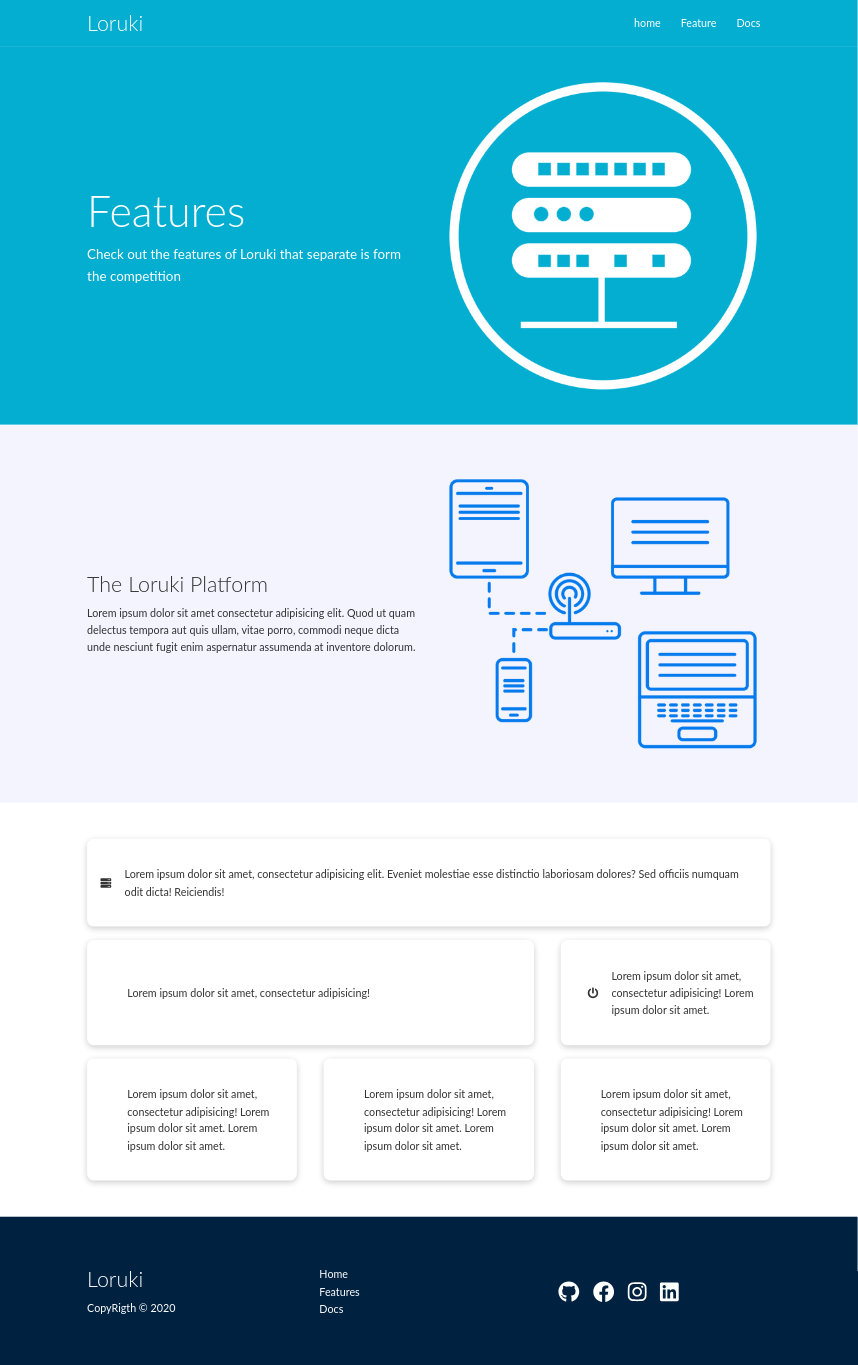
Repository: MosiurRrahman/loruki-app-reactjs
Page: /feature
An editor plug-in stored every save of this project. The page is shown before and after the next save, followed by the edit.
The browser window is 1280 px wide. The pictures show the whole page, at 67% of full size.
The project was rebuilt for these pictures with package versions that can differ from the ones it lists, and the page was loaded fresh each time. Also part of the build but not shown: src/components/pages/home/Cli.js, src/components/pages/home/Cloud.js, src/components/pages/home/Languages.js, src/components/pages/home/ShowcaseForm.js, src/components/pages/home/ShowCase.js, src/components/pages/home/Status.js, src/components/pages/home/HomePage.js, src/components/layouts/Main.jsx.

Above is the page before, as saved 2021-10-06 12:39:17.

### src/index.js
import React from 'react';
import ReactDOM from 'react-dom';
import { BrowserRouter, Route, Switch } from 'react-router-dom';
import Layout from './components/app';
import defaultLayout from './components/layouts/Main';
import feature from './components/pages/feature/Feature';
import './index.css';
// import './utilities';






class Root extends React.Component{
  render(){
    return(
      <BrowserRouter basename = {"/"} >
      <Switch>
        <Route exact path = "/home" component={defaultLayout} />
      <Layout>
          <Route path='/feature' component={feature}></Route>
      </Layout>
      </Switch>
      </BrowserRouter>
    );
  }
}




ReactDOM.render(
  <React.StrictMode>
    <Root />
  </React.StrictMode>,
  document.getElementById('root')
);

### src/components/app.jsx
import { Component } from "react";
import Footer from "./common/Footer";
import Header from "./common/Header";

class Layout extends Component {
  render() {
    return (
      <>
        <Header />
        {this.props.children}
        <Footer />
      </>
    );
  }
}
export default Layout;

### src/components/pages/feature/Feature.js
import React, { Component } from 'react';
import FeatureMain from './FeatureMain';
import Head from './Head';
import SubHead from './SubHead';

class Feature extends Component {
    render() {
        return (
            <>
             <Head/>
             <SubHead/>
             <FeatureMain/>
            </>
        );
    }
}

export default Feature;

### src/index.css
/* all css imported */

@import url("./assets/css/main");
@import url("./assets/css/utilities");

### src/components/common/Footer.jsx
import {
  faFacebook,
  faGithub,
  faInstagram,
  faLinkedin,
} from "@fortawesome/free-brands-svg-icons";
import { FontAwesomeIcon } from "@fortawesome/react-fontawesome";
import { Component } from "react";

class Footer extends Component {
  render() {
    return (
      <>
        <footer className="footer bg-dark py-5">
          <div className="container grid grid-3">
            <div>
              <h1>Loruki</h1>
              <p>CopyRigth &copy; 2020</p>
            </div>
            <nav>
              <ul>
                <li>
                  <a href="index.html">Home</a>
                </li>
                <li>
                  <a href="feature.html">Features</a>
                </li>
                <li>
                  <a href="docs.html">Docs</a>
                </li>
              </ul>
            </nav>
            <div className="social">
              <a href="/home">
                <li className="fa-2x">
                  <FontAwesomeIcon icon={faGithub} />
                </li>
              </a>
              <a href="/home">
                <li className="fa-2x">
                  <FontAwesomeIcon icon={faFacebook} />
                </li>
              </a>
              <a href="/home">
                <li className="fa-2x">
                  <FontAwesomeIcon icon={faInstagram} />
                </li>
              </a>
              <a href="/home">
                <li className=" fa-2x">
                  <FontAwesomeIcon icon={faLinkedin} />
                </li>
              </a>
            </div>
          </div>
        </footer>
      </>
    );
  }
}
export default Footer;

### src/components/common/Header.jsx
import { Component } from "react";
import { Link } from "react-router-dom";

class Header extends Component {
  render() {
    return (
      <>
        <div className="navbar">
          <div className="container flex">
            <h1 className="logo">Loruki</h1>
            <nav>
              <ul>
                <li>
                  {/* <a href="index.html">Home</a> */}
                  <Link to="/home">home</Link>
                </li>
                <li>
                  <Link to="/feature">Feature</Link>
                </li>
                <li>
                  <a href="docs.html">Docs</a>
                </li>
              </ul>
            </nav>
          </div>
        </div>
      </>
    );
  }
}
export default Header;

### src/components/pages/feature/FeatureMain.js
import { faPowerOff, faServer } from "@fortawesome/free-solid-svg-icons";
import { FontAwesomeIcon } from "@fortawesome/react-fontawesome";
import React, { Component } from "react";

class FeatureMain extends Component {
  render() {
    return (
      <>
        <section className="freatures-main my-2">
          <div className="container grid grid-3">
            <div className="card flex">
              {/* <i class="fas fa-server fa-3x"></i> */}
              <FontAwesomeIcon icon={faServer}/>
              <p>
                Lorem ipsum dolor sit amet, consectetur adipisicing elit.
                Eveniet molestiae esse distinctio laboriosam dolores? Sed
                officiis numquam odit dicta! Reiciendis!
              </p>
            </div>
            <div className="card flex">
              <i class="fas fa-database fa-3x"></i>
              <p>Lorem ipsum dolor sit amet, consectetur adipisicing!</p>
            </div>
            <div className="card flex">
              <i
                class="fas fa-power-off
                 fa-3x"></i>
                 <FontAwesomeIcon icon={faPowerOff}/>
              <p>
                Lorem ipsum dolor sit amet, consectetur adipisicing! Lorem ipsum
                dolor sit amet.
              </p>
            </div>
            <div className="card flex">
              <i
                class="fas fa-laptop-code
                 fa-3x"></i>
              <p>
                Lorem ipsum dolor sit amet, consectetur adipisicing! Lorem ipsum
                dolor sit amet. Lorem ipsum dolor sit amet.
              </p>
            </div>
            <div className="card flex">
              <i
                class="fas fa-notes-medical
                 fa-3x"></i>
              <p>
                Lorem ipsum dolor sit amet, consectetur adipisicing! Lorem ipsum
                dolor sit amet. Lorem ipsum dolor sit amet.
              </p>
            </div>
            <div className="card flex">
              <i
                class="fas fa-link
                 fa-3x"></i>
              <p>
                Lorem ipsum dolor sit amet, consectetur adipisicing! Lorem ipsum
                dolor sit amet. Lorem ipsum dolor sit amet.
              </p>
            </div>
          </div>
        </section>
      </>
    );
  }
}

export default FeatureMain;

### src/components/pages/feature/Head.js
import React, { Component } from "react";
import IMAGES from '../../../assets/images/images';
console.log(IMAGES);

class Head extends Component {
  render() {
    return (
      <>
        <section className="features-head bg-primary py-3">
          <div className="container grid">
            <div>
              <h1 className="xl">Features</h1>
              <p className="lead">
                Check out the features of Loruki that separate is form the
                competition
              </p>
            </div>
            <img src={IMAGES.server}alt="" />
          </div>
        </section>
      </>
    );
  }
}

export default Head;

### src/components/pages/feature/SubHead.js
import React, { Component } from "react";
import IMAGES from '../../../assets/images/images';

class SubHead extends Component {
  render() {
    return (
      <>
        <section className="features-sub-head bg-light py-3">
          <div className="container grid">
            <div>
              <h1 className="md">The Loruki Platform</h1>
              <p>
                Lorem ipsum dolor sit amet consectetur adipisicing elit. Quod ut
                quam delectus tempora aut quis ullam, vitae porro, commodi neque
                dicta unde nesciunt fugit enim aspernatur assumenda at inventore
                dolorum.
              </p>
            </div>
            <img src={IMAGES.server2} alt="" />
          </div>
        </section>
      </>
    );
  }
}

export default SubHead;

### src/assets/css/main.css
:root {
  --primary-color: #04aed0;
  --secondry-color: #04a1c0;
  --dark-color: #002240;
  --light-color: #f4f4ff;
  --success-color: #5cb85c;
  --error-color: #d9534f;
}

* {
  box-sizing: border-box;
  margin: 0;
  padding: 0;
}

body {
  font-family: "lato", sans-serif;
  color: #333333;
  line-height: 1.6;
}

ul {
  list-style-type: none;
}

a {
  text-decoration: none;
  color: #333333;
}

h1,
h2 {
  font-weight: 300;
  line-height: 1.2;
  margin: 10px 0;
}

p {
  margin: 10px 0;
}

img {
  width: 100%;
}

code,
pre {
  background: #333;
  color: #fff;
  padding: 10px;
}

.hidden {
  visibility: hidden;
  height: 0;
}

/* === navbar style === */

.navbar {
  background-color: var(--primary-color);
  color: #ffffff;
  height: 70px;
}

.navbar .flex {
  justify-content: space-between;
}

.navbar ul {
  display: flex;
}

.navbar ul a {
  padding: 10px;
  margin: 0 5px;
  color: #fff;
  transition: 0.3s;
}

.navbar ul a:hover {
  border-bottom: 2px solid #fff;
}

/* === Showcase style === */

.showcase {
  height: 400px;
  background-color: var(--primary-color);
  color: #fff;
  position: relative;
}

.showcase h1 {
  font-size: 40px;
}

.showcase p {
  margin: 20px 0;
}

.showcase .grid {
  overflow: visible;
  grid-template-columns: 55% 45%;
  gap: 30px;
}

body {
  overflow-x: hidden;
}

.showcase-form {
  position: relative;
  top: 60px;
  height: 350px;
  max-width: 400px;
  padding: 40px;
  z-index: 100;
  animation: slideInFromRight 1s ease-in;
}

.showcase-text {
  animation: slideInFromLeft 1s ease-in;
}

.showcase .form-control {
  margin: 30px 0;
}

.showcase input[type="text"],
.showcase input[type="email"] {
  border: 0;
  border-bottom: 1px solid #b4becb;
  width: 100%;
  padding: 3px;
  font-size: 16px;
}

.showcase-form input:focus {
  outline: none;
}

.showcase::before,
.showcase::after {
  content: "";
  position: absolute;
  height: 100px;
  background: #fff;
  left: 0;
  bottom: -60px;
  right: 0;
  transform: skewY(-3deg);
  --webkit-transform: skewY(-3deg);
  --moz-transform: skewY(-3deg);
  --ms-transform: skewY(-3deg);
}

/* ===stats=== */

.stats {
  padding-top: 100px;
  animation: slideInFromBottom 1s ease-in;
}

.stats-heading {
  max-width: 500px;
  margin: auto;
}

.stats .grid h3 {
  font-size: 35px;
}

.stats .grid p {
  font-size: 20px;
  font-weight: bold;
}

/* cli */

.cli .grid {
  grid-template-columns: repeat(3, 1fr);
  grid-template-rows: repeat(2, 1fr);
}

.cli .grid > *:first-child {
  grid-column: 1 / span 2;
  grid-row: 1 / span 2;
}

/* Cloud */

.cloud .grid {
  grid-template-columns: repeat(4fr, 1fr);
}

/* languages */

.languages .flex {
  flex-wrap: wrap;
}

.languages .card {
  text-align: center;
  margin: 18px 10px 40px;
  transition: 0.3s;
}

.languages .card:hover {
  transform: translateY(-15px);
  color: var(--primary-color);
}

.languages .card h4 {
  font-size: 20px;
  margin-bottom: 10px;
}

/* Feature section */

.freatures-head img,
.docs-head img {
  width: 200px;
  justify-self: center;
}

.freatures-sub-head img {
  width: 300px;
  justify-self: flex-end;
}

/* feature main */

.freatures-main .card > i {
  margin-right: 20px;
}

.freatures-main .grid {
  padding: 30px;
}

.freatures-main .grid > *:first-child {
  grid-column: 1 / span 3;
}

.freatures-main .grid > *:nth-child(2) {
  grid-column: 1 / span 2;
}

.freatures-main .grid > *:nth-child(2) {
  justify-content: start;
}

/* dosc */

.docs-main h3 {
  margin: 20px 0;
}

.docs-main .grid {
  grid-template-columns: 1fr 2fr;
  align-items: flex-start;
}

.docs-main nav li {
  font-size: 20px;
  padding-bottom: 5px;
  margin-bottom: 5px;
  border-bottom: 1px solid #ccc;
}

.docs-main nav a:hover {
  color: var(--primary-color);
  font-weight: bold;
}

/* Footer */
.footer .social {
  display: flex;
}
.footer .social a {
  margin: 0 10px;
}

.footer .social a li {
  list-style-type: none;
  transition: 0.3s;
}

.footer .social a li:hover {
  transform: translateY(-5px);
  color: var(--primary-color);
}

/* Animation */

@keyframes slideInFromLeft {
  0% {
    transform: translateX(-100%);
  }
  100% {
    transform: translateX(0);
  }
}

@keyframes slideInFromRight {
  0% {
    transform: translateX(70%);
  }
  100% {
    transform: translateX(0);
  }
}

@keyframes slideInFromTop {
  0% {
    transform: translateY(-100%);
  }
  100% {
    transform: translateX(0);
  }
}

@keyframes slideInFromBottom {
  0% {
    transform: translateY(100%);
  }
  100% {
    transform: translateX(0);
  }
}

/* ===responsive css ===*/

/* Tablets and under */

@media screen and (max-width: 768px) {
  .grid,
  .showcase .grid,
  .stats .grid,
  .cli .grid,
  .cloud .grid,
  .freature-main .grid,
  .docs-main .grid {
    grid-template-columns: 1fr;
    grid-template-rows: 1fr;
  }
  .showcase {
    height: auto;
  }
  .showcase-text {
    text-align: center;
    margin-top: 40px;
    animation: slideInFromTop 1s ease-in;
  }
  .showcase-form {
    justify-self: center;
    margin: auto;
    animation: slideInFromBottom 1s ease-in;
  }
  .cli .grid > *:first-child {
    grid-column: 1;
    grid-row: 1;
  }
  .freatures-head,
  .freatures-sub-head,
  .docs-head {
    text-align: center;
  }
  .freatures-head img,
  .freatures-sub-head img,
  .docs-head img {
    justify-self: center;
  }
  .freatures-main .grid > *:first-child,
  .freatures-main .grid > *:nth-child(2) {
    grid-column: 1;
  }
  .grid-3 {
    grid-template-columns: 1fr;
    grid-template-rows: 1fr;
  }
}

/* Mobile */

@media (max-width: 500px) {
  .navbar {
    height: 110px;
  }
  .navbar .flex {
    flex-direction: column;
  }
  .navbar ul {
    padding: 10px;
    background: rgba(0, 0, 0, 0.1);
  }
}

/* ===responsive css end ===*/

/* === utlities === */

.container {
  max-width: 1100px;
  margin: 0 auto;
  overflow: auto;
  padding: 0 40px;
}

.card {
  background-color: #fff;
  color: #333;
  border-radius: 10px;
  box-shadow: 0 3px 10px rgba(0, 0, 0, 0.2);
  padding: 20px;
  margin: 10px;
}

.card p {
  padding-left: 20px;
}

.btn {
  display: inline-block;
  padding: 10px 30px;
  cursor: pointer;
  background: var(--primary-color);
  color: #fff;
  border: none;
  border-radius: 5px;
  transition: 0.3s;
}

.btn-outline {
  background-color: transparent;
  border: 1px solid #ffffff;
}

.btn:hover {
  transform: translate(5px);
}

/* background and colored buttons */

.btn-primary,
.bg-primary {
  background-color: var(--primary-color);
  color: #ffffff;
}

.btn-secondry,
.bg-secondry {
  background-color: var(--secondry-color);
  color: #ffffff;
}

.btn-dark,
.bg-dark {
  background-color: var(--dark-color);
  color: #ffffff;
}

.btn-light,
.bg-light {
  background-color: var(--light-color);
  color: #333;
}

.btn-primary a,
.bg-primary a,
.btn-secondry a,
.bg-secondry a,
.btn-dark a,
.bg-dark a {
  color: #fff;
}

/* text sizes */

.lead {
  font-size: 20px;
}

.sm {
  font-size: 1rem;
}

.md {
  font-size: 2rem;
}

.lg {
  font-size: 3rem;
}

.xl {
  font-size: 4rem;
}

.text-center {
  text-align: center;
}

.flex {
  display: flex;
  justify-items: center;
  align-items: center;
  height: 100%;
}

.grid {
  display: grid;
  grid-template-columns: repeat(2, 1fr);
  gap: 20px;
  justify-content: center;
  align-items: center;
  height: 100%;
}

.grid-3 {
  grid-template-columns: repeat(3, 1fr);
}

/* alart */

.alert {
  background-color: var(--light-color);
  padding: 10px 20px;
  font-weight: bold;
  margin: 15px 0;
}

.alert i {
  margin-right: 10px;
}

.alert-success {
  background-color: var(--success-color);
  color: #fff;
}

.alert-error {
  background-color: var(--errer-color);
  color: #fff;
}

/* Margin */

.my-1 {
  margin: 1rem 0;
}

.my-2 {
  margin: 1.5rem 0;
}

.my-3 {
  margin: 2rem;
}

.my-4 {
  margin: 3rem 0;
}

.my-5 {
  margin: 4rem 0;
}

.m-1 {
  margin: 1rem;
}

.m-2 {
  margin: 1.5rem;
}

.m-3 {
  margin: 2rem;
}

.m-4 {
  margin: 3rem;
}

.m-5 {
  margin: 4rem;
}

/* padding */

.py-1 {
  padding: 1rem 0;
}

.py-2 {
  padding: 1.5rem 0;
}

.py-3 {
  padding: 2rem;
}

.py-4 {
  padding: 3rem 0;
}

.py-5 {
  padding: 4rem 0;
}

.p-1 {
  padding: 1rem;
}

.p-2 {
  padding: 1.5rem;
}

.p-3 {
  padding: 2rem;
}

.p-4 {
  padding: 3rem;
}

.p-5 {
  padding: 4rem;
}

### src/assets/images/images.js
const IMAGES = {
    nodeJs: require('./logos/node.png').default,
    csharp: require('./logos/csharp.png').default,
    ruby: require('./logos/ruby.png').default,
    php: require('./logos/php.png').default,
    python: require('./logos/python.png').default,
    scala: require('./logos/scala.png').default,
    clojure: require('./logos/clojure.png').default,
    server: require('./server.png').default,
    server2: require('./server2.png').default,
}
export default IMAGES;

Loaded but not shown: public/index.html (common file); src/assets/css/utilities.css (no stored copy; drawn as an empty file)

After the next save:
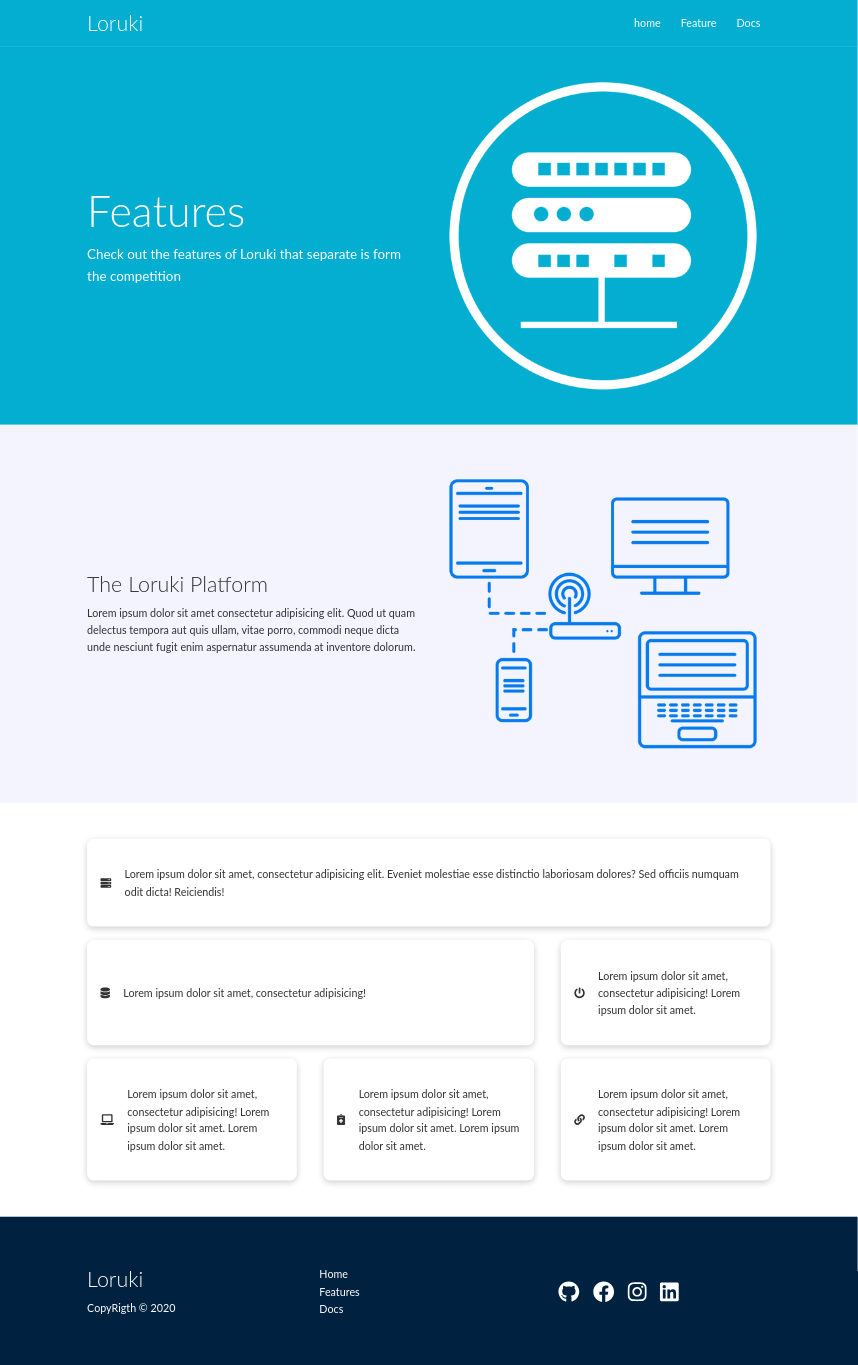
Saved 3 min 4 s later.
--- a/src/components/pages/feature/FeatureMain.js
+++ b/src/components/pages/feature/FeatureMain.js
@@ -1,4 +1,4 @@
-import { faPowerOff, faServer } from "@fortawesome/free-solid-svg-icons";
+import { faDatabase, faLaptop, faLink, faNotesMedical, faPowerOff, faServer } from "@fortawesome/free-solid-svg-icons";
 import { FontAwesomeIcon } from "@fortawesome/react-fontawesome";
 import React, { Component } from "react";
 
@@ -18,13 +18,14 @@ class FeatureMain extends Component {
               </p>
             </div>
             <div className="card flex">
-              <i class="fas fa-database fa-3x"></i>
+              {/* <i class="fas fa-database fa-3x"></i> */}
+              <FontAwesomeIcon icon={faDatabase}/>
               <p>Lorem ipsum dolor sit amet, consectetur adipisicing!</p>
             </div>
             <div className="card flex">
-              <i
+              {/* <i
                 class="fas fa-power-off
-                 fa-3x"></i>
+                 fa-3x"></i> */}
                  <FontAwesomeIcon icon={faPowerOff}/>
               <p>
                 Lorem ipsum dolor sit amet, consectetur adipisicing! Lorem ipsum
@@ -32,27 +33,30 @@ class FeatureMain extends Component {
               </p>
             </div>
             <div className="card flex">
-              <i
+              {/* <i
                 class="fas fa-laptop-code
-                 fa-3x"></i>
+                 fa-3x"></i> */}
+                 <FontAwesomeIcon icon={faLaptop}/>
               <p>
                 Lorem ipsum dolor sit amet, consectetur adipisicing! Lorem ipsum
                 dolor sit amet. Lorem ipsum dolor sit amet.
               </p>
             </div>
             <div className="card flex">
-              <i
+              {/* <i
                 class="fas fa-notes-medical
-                 fa-3x"></i>
+                 fa-3x"></i> */}
+                 <FontAwesomeIcon icon={faNotesMedical}/>
               <p>
                 Lorem ipsum dolor sit amet, consectetur adipisicing! Lorem ipsum
                 dolor sit amet. Lorem ipsum dolor sit amet.
               </p>
             </div>
             <div className="card flex">
-              <i
+              {/* <i
                 class="fas fa-link
-                 fa-3x"></i>
+                 fa-3x"></i> */}
+                 <FontAwesomeIcon icon={faLink}/>
               <p>
                 Lorem ipsum dolor sit amet, consectetur adipisicing! Lorem ipsum
                 dolor sit amet. Lorem ipsum dolor sit amet.
